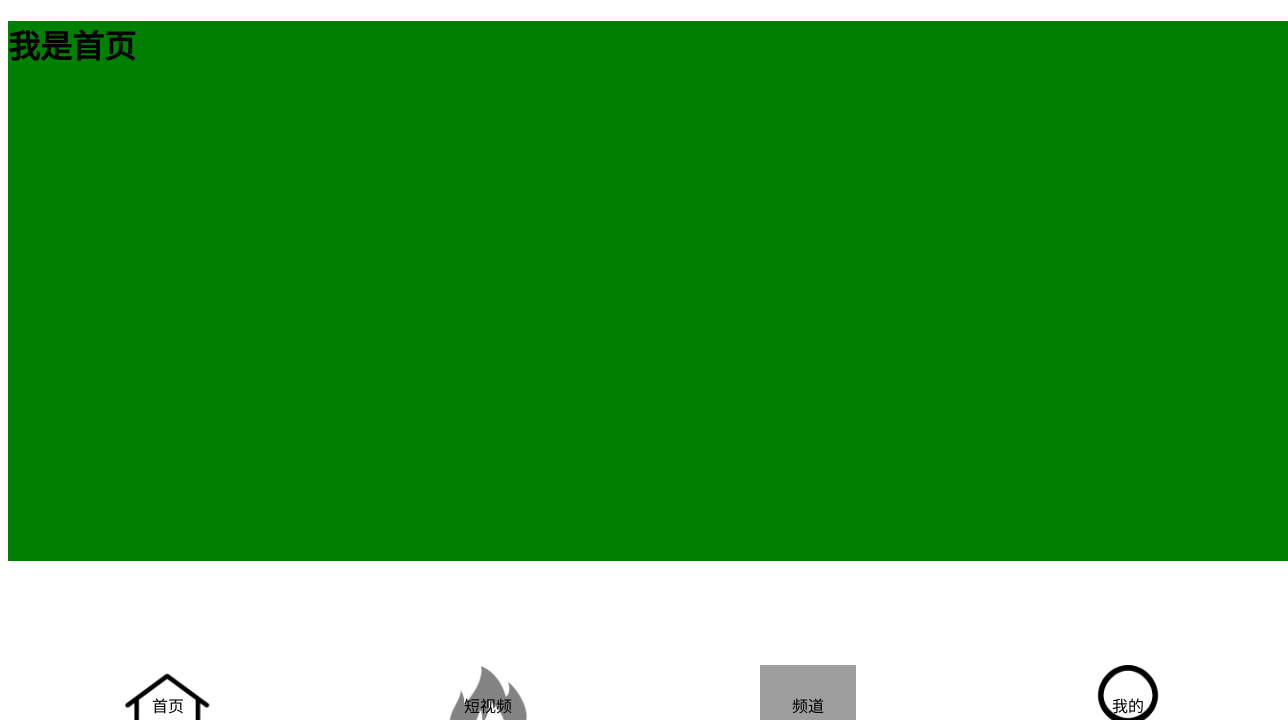
Repository: ITliuxiangyu/H51911Test
Page: video_demo/index.html
An editor plug-in stored every save of this project. The page is shown before and after the next save, followed by the edit.
The browser window is 1280 px wide. The page is 1288 px wide, so the pictures cover 1288 px, including what lies to the right of the window. The pictures show the whole page.
Pictures or frames that could not be fetched are drawn as grey boxes.

Above is the page before, as saved 2019-12-20 10:21:51.

### video_demo/index.html
<!DOCTYPE html>
<html lang="en">
<head>
    <meta charset="UTF-8">
    <meta name="viewport" content="width=device-width, initial-scale=1.0">
    <meta http-equiv="X-UA-Compatible" content="ie=edge">
    <title>Document</title>
    <link rel="stylesheet" href="./css/index.css">
</head>
<body>
    <div class="app">
        <div class="app_content">
            <div class="shoueye_wrap">
                <h1>我是首页</h1>
            </div>
            <div class="duanshipin_wrap">
                <h1>我是短视频</h1>
            </div>
            <div class="pindao_wrap">
                <h1>我是频道</h1>
            </div>
            <div class="wode_wrap">
                <h1>我是我的</h1>
            </div>
        </div>
        <div class="app_tabbar">
            <div class="tabbar_item">
                <div>
                    <img src="./imgs/shouye.png" alt="">
                </div>
                <br />
                <span>首页</span>
            </div>
            <div class="tabbar_item">
                <div>
                    <img src="./imgs/redu.png" alt="">
                </div>
                <br />
                <span>短视频</span>
            </div>
            <div class="tabbar_item">
                <div>
                    <img src="./imgs/pindao.png" alt="">
                </div>
                <br />
                <span>频道</span>
            </div>
            <div class="tabbar_item">
                <div>
                    <img src="./imgs/wode.png" alt="">
                </div>
                <br />
                <span>我的</span>
            </div>
        </div>
    </div>
</body>
<script src="./js/jquery-3.4.1.min.js"></script>
<script src="./js/index.js"></script>
</html>

### video_demo/css/index.css
/* 页面的内容区域部分 */
.app_content{
    width: 100vw;
}
.app_tabbar{
    width: 100vw;
    height: 60px;
    position: fixed;
    bottom: 0px;
    display: flex;
}
/* 底部的四个小块 */
.tabbar_item{
    flex: 1;
    /* border: 1px solid black; */
}
.tabbar_item{
    text-align: center;
    padding-top: 5px;
}
.tabbar_item div{
    height: 10px;
}
.tabbar_item div img{
    width: 30%;
}

/* 四个模块区域 */
.app_content>div{
    width: 100%;
    height: 100%;
    display: none;
}
.app_content>div:nth-child(4){
    background-color: yellow;
}
.app_content>div:nth-child(1){
    background-color: green;
    display: block;
}
.app_content>div:nth-child(2){
    background-color: red;
}
.app_content>div:nth-child(3){
    background-color: orange;
}

### video_demo/js/index.js
// 内容区域的高度
var screen_h = window.screen.height
var screen_w = window.screen.width

$(".app_content").css({
    "height": screen_h - $(".app_tabbar").outerHeight() + "px"
})

// 底部导航上的图片
var one_img = $(".tabbar_item div img")
one_img.css({
    "height": one_img.width() + "px"
})

// 底部到行上的点击事件
$(".tabbar_item").click(function () {

    var that = this

    var dian_index = $(this).index()

    $(".tabbar_item").each(function (index , item)   {
        if (dian_index == index) {
            var cur_src = $(item).find("img").attr("src")
            $(item).find("img").attr("src" ,cur_src.replace(".png" , "_a.png"))
        } else {
            var cur_src = $(item).find("img").attr("src")
            $(item).find("img").attr("src" ,cur_src.replace("_a" , ""))

        }
    })


    $(".app_content>div").each(function (index , item) {
        if ($(that).index() == index) {
            $(item).css({
                "display": "block"
            })
        } else {
            $(item).css({
                "display": "none"
            })
        }
    })
})

Loaded but not shown: video_demo/js/jquery-3.4.1.min.js (library)

After the next save:
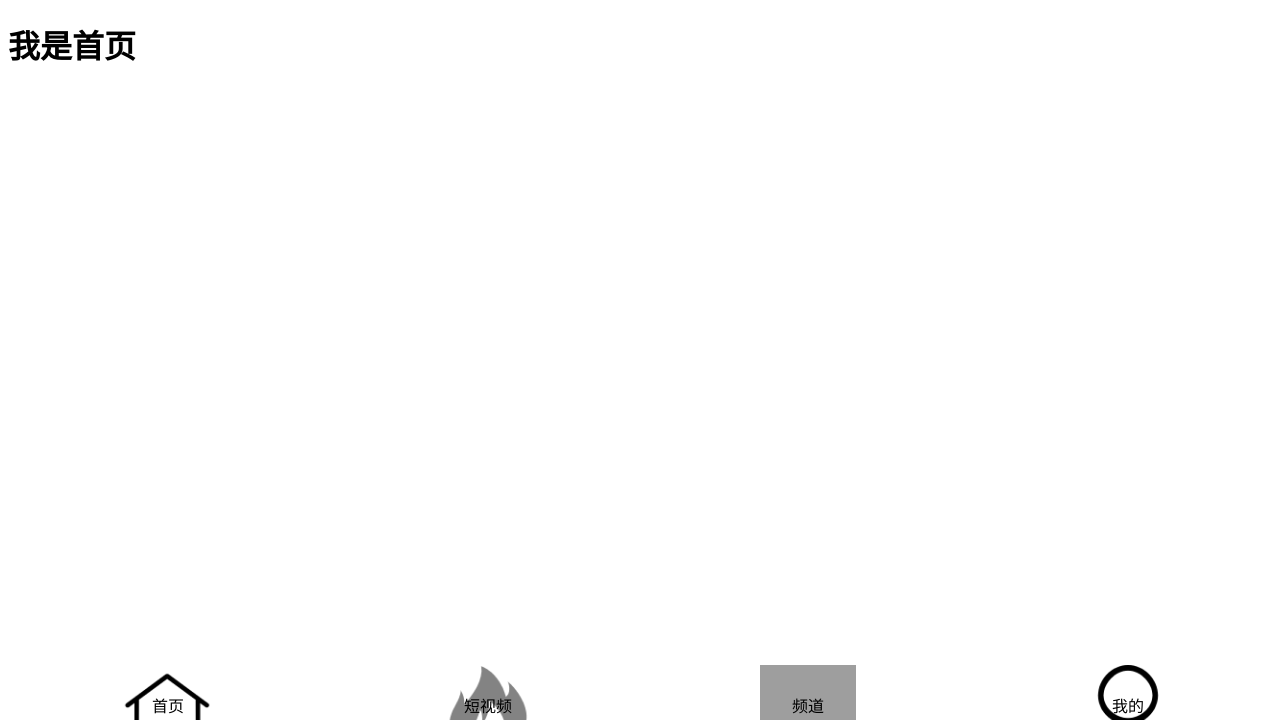
Saved 16 s later.
--- a/video_demo/css/index.css
+++ b/video_demo/css/index.css
@@ -31,16 +31,6 @@
     height: 100%;
     display: none;
 }
-.app_content>div:nth-child(4){
-    background-color: yellow;
-}
 .app_content>div:nth-child(1){
-    background-color: green;
     display: block;
 }
-.app_content>div:nth-child(2){
-    background-color: red;
-}
-.app_content>div:nth-child(3){
-    background-color: orange;
-}
